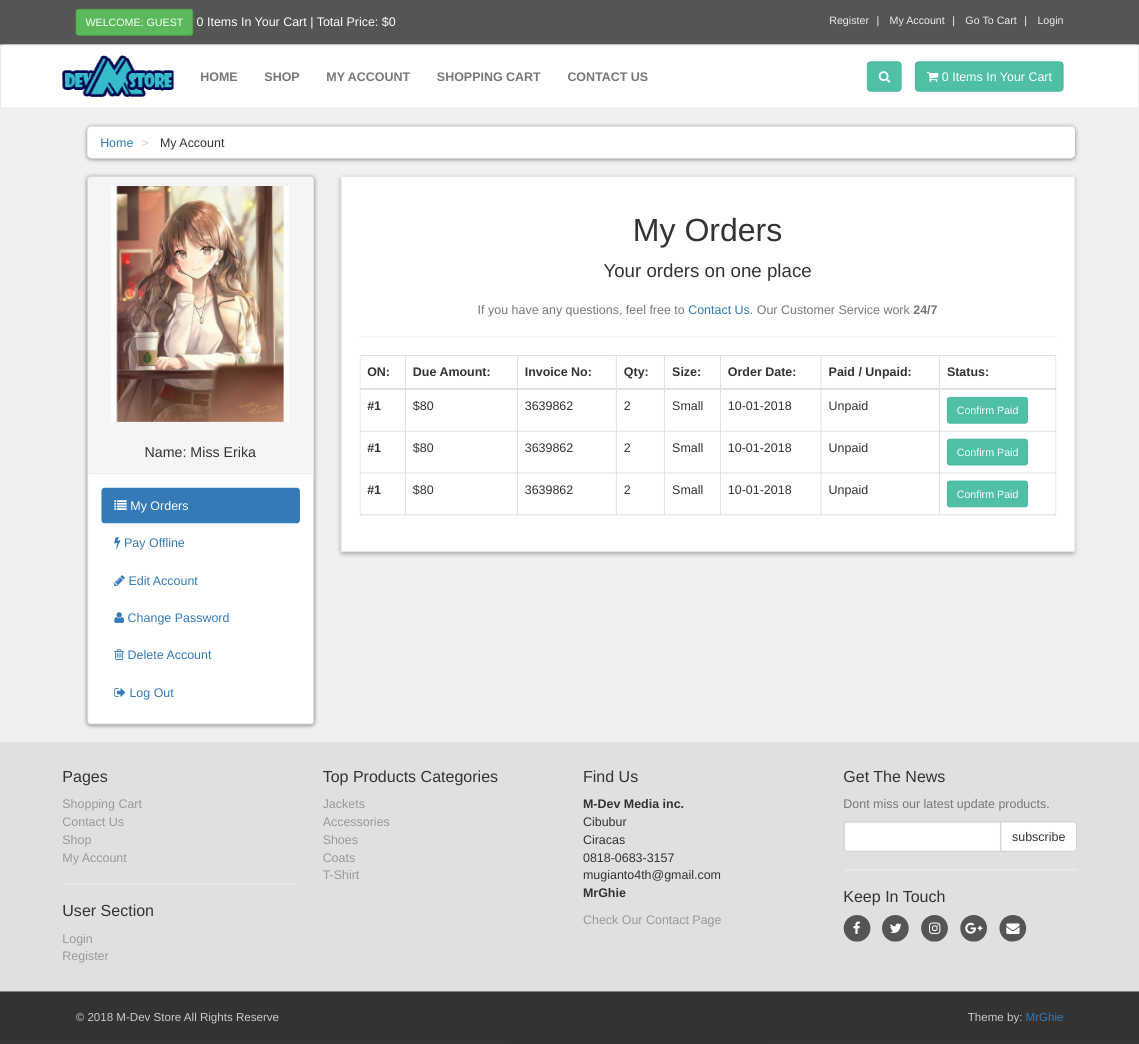
Repository: truonghuynhquy/M_Dev_Store
Page: http://localhost/customer/my_account.php?my_orders
An editor plug-in stored every save of this project. The page is shown before and after the next save, followed by the edit.
The browser window is 1280 px wide. The pictures show the whole page, at 89% of full size.
The page is run by PHP 8.4 with error messages shown; the project is at /var/www/html/. The database holds what the project's SQL file puts in it. Queries for data that is not in the repository find no rows.

Above is the page before, as saved 2022-11-18 21:47:30.

After the next save:
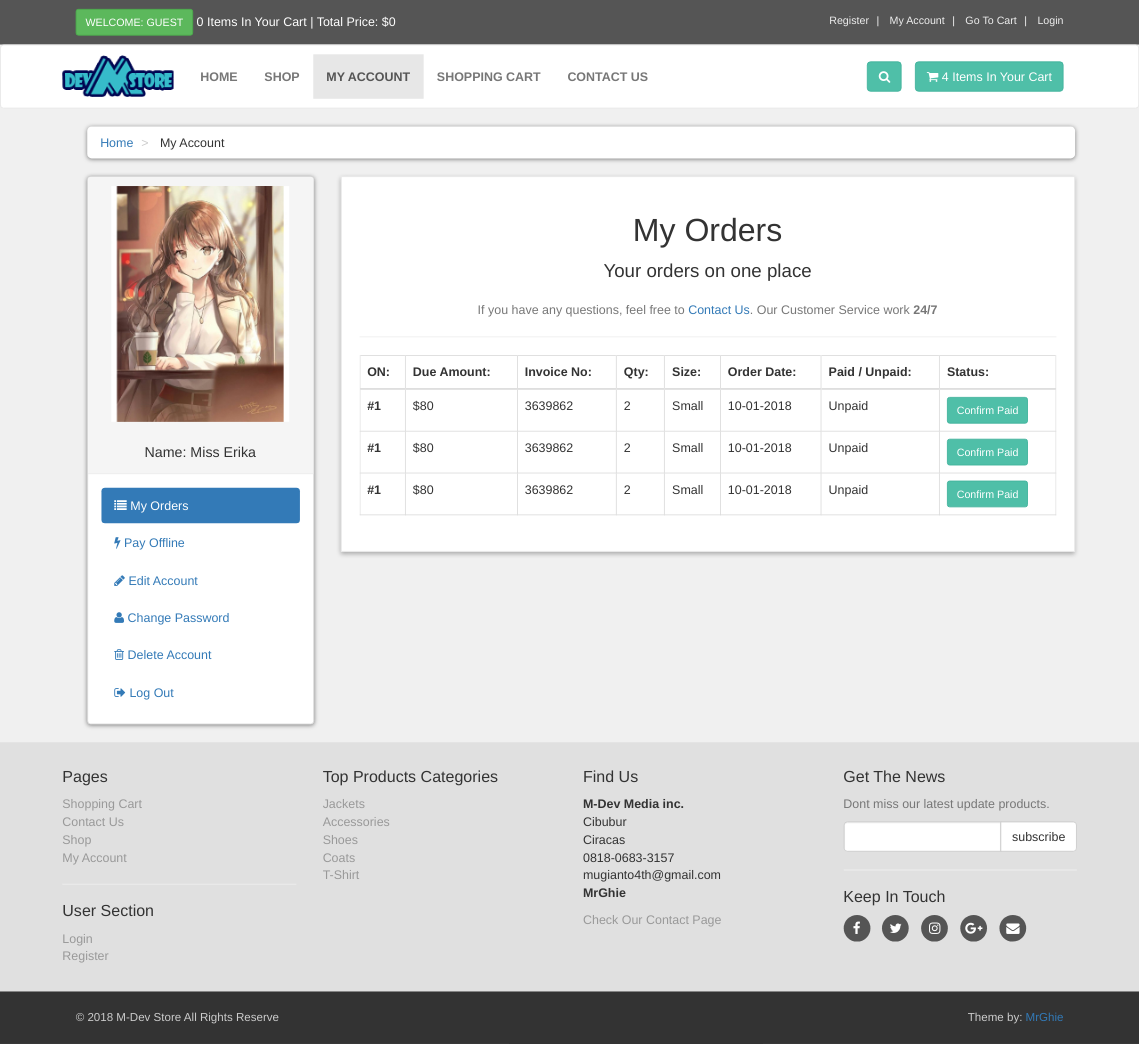
Saved 24 s later.
--- a/customer/includes/header.php
+++ b/customer/includes/header.php
@@ -1,48 +1,11 @@
 <?php
 
 session_start();
-
 include("includes/db.php");
 include("functions/functions.php");
 
 ?>
 
-<?php
-
-if (isset($_GET['pro_id'])) {
-
-    $product_id = $_GET['pro_id'];
-
-    $get_product = "select * from products where product_id='$product_id'";
-
-    $run_product = mysqli_query($con, $get_product);
-
-    $row_product = mysqli_fetch_array($run_product);
-
-    $p_cat_id = $row_product['p_cat_id'];
-
-    $pro_title = $row_product['product_title'];
-
-    $pro_price = $row_product['product_price'];
-
-    $pro_desc = $row_product['product_desc'];
-
-    $pro_img1 = $row_product['product_img1'];
-
-    $pro_img2 = $row_product['product_img2'];
-
-    $pro_img3 = $row_product['product_img3'];
-
-    $get_p_cat = "select * from product_categories where p_cat_id='$p_cat_id'";
-
-    $run_p_cat = mysqli_query($con, $get_p_cat);
-
-    $row_p_cat = mysqli_fetch_array($run_p_cat);
-
-    $p_cat_title = $row_p_cat['p_cat_title'];
-}
-
-?>
 
 <!DOCTYPE html>
 <html lang="en">
@@ -82,7 +45,7 @@ if (isset($_GET['pro_id'])) {
                     ?>
 
                 </a>
-                <a href="checkout.php"><?php items(); ?> Items In Your Cart | Total Price: <?php total_price(); ?> </a>
+                <a href="checkout.php"> <?php items(); ?> Items In Your Cart | Total Price: <?php total_price(); ?> </a>
 
             </div><!-- col-md-6 offer Finish -->
 
@@ -93,16 +56,30 @@ if (isset($_GET['pro_id'])) {
                     <!-- cmenu Begin -->
 
                     <li>
-                        <a href="customer_register.php">Register</a>
-                    </li>
-                    <li>
-                        <a href="checkout.php">My Account</a>
-                    </li>
-                    <li>
-                        <a href="cart.php">Go To Cart</a>
-                    </li>
-                    <li>
-                        <a href="checkout.php">Login</a>
+                        <a href="../customer_register.php">Register</a>
+                    </li>
+                    <li>
+                        <a href="my_account.php">My Account</a>
+                    </li>
+                    <li>
+                        <a href="../cart.php">Go To Cart</a>
+                    </li>
+                    <li>
+                        <a href="../checkout.php">
+
+                            <?php
+
+                            if (!isset($_SESSION['customer_email'])) {
+
+                                echo "<a href='checkout.php'> Login </a>";
+                            } else {
+
+                                echo " <a href='logout.php'> Log Out </a> ";
+                            }
+
+                            ?>
+
+                        </a>
                     </li>
 
                 </ul><!-- menu Finish -->
@@ -122,7 +99,7 @@ if (isset($_GET['pro_id'])) {
             <div class="navbar-header">
                 <!-- navbar-header Begin -->
 
-                <a href="index.php" class="navbar-brand home">
+                <a href="../index.php" class="navbar-brand home">
                     <!-- navbar-brand home Begin -->
 
                     <img src="images/ecom-store-logo.png" alt="M-dev-Store Logo" class="hidden-xs">
@@ -157,20 +134,20 @@ if (isset($_GET['pro_id'])) {
                     <ul class="nav navbar-nav left">
                         <!-- nav navbar-nav left Begin -->
 
-                        <li class="<?php if ($active == 'Home') echo "active"; ?>">
-                            <a href="index.php">Home</a>
-                        </li>
-                        <li class="<?php if ($active == 'Shop') echo "active"; ?>">
-                            <a href="shop.php">Shop</a>
-                        </li>
-                        <li class="<?php if ($active == 'Account') echo "active"; ?>">
-                            <a href="customer/my_account.php">My Account</a>
-                        </li>
-                        <li class="<?php if ($active == 'Cart') echo "active"; ?>">
-                            <a href="cart.php">Shopping Cart</a>
-                        </li>
-                        <li class="<?php if ($active == 'Contact') echo "active"; ?>">
-                            <a href="contact.php">Contact Us</a>
+                        <li>
+                            <a href="../index.php">Home</a>
+                        </li>
+                        <li>
+                            <a href="../shop.php">Shop</a>
+                        </li>
+                        <li class="active">
+                            <a href="my_account.php">My Account</a>
+                        </li>
+                        <li>
+                            <a href="../cart.php">Shopping Cart</a>
+                        </li>
+                        <li>
+                            <a href="../contact.php">Contact Us</a>
                         </li>
 
                     </ul><!-- nav navbar-nav left Finish -->
@@ -182,7 +159,7 @@ if (isset($_GET['pro_id'])) {
 
                     <i class="fa fa-shopping-cart"></i>
 
-                    <span><?php items(); ?> Items In Your Cart</span>
+                    <span>4 Items In Your Cart</span>
 
                 </a><!-- btn navbar-btn btn-primary Finish -->
 
